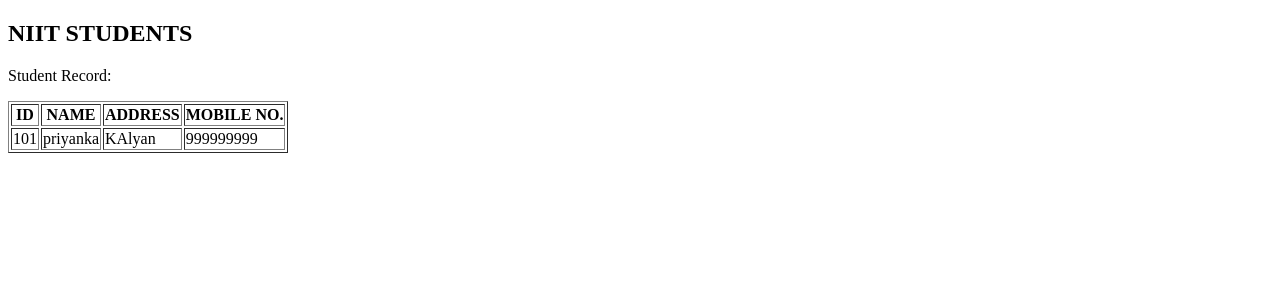
Repository: priyankateli27/priyanka
Page: http://localhost/SirAssignment/Entry_Table.jsp
An editor plug-in stored every save of this project. The page is shown before and after the next save, followed by the edit.
The browser window is 1280 px wide. The pictures show the whole page.
The page is served by Tomcat 9.

Above is the page before, as saved 2016-07-14 13:22:40.

### SirAssignment/src/main/webapp/Entry_Table.jsp
<%@page import="com.niit.sirassignment.*" %>
<%@ page language="java" contentType="text/html; charset=ISO-8859-1"
    pageEncoding="ISO-8859-1"%>

<!DOCTYPE html PUBLIC "-//W3C//DTD HTML 4.01 Transitional//EN" "http://www.w3.org/TR/html4/loose.dtd">
<html>
<head>
<meta http-equiv="Content-Type" content="text/html; charset=ISO-8859-1">
<title>Insert title here</title>
</head>
<body>
<%! Pojo p = new Pojo(); %>
	<%
	  p.setId("101");
	p.setName("priyanka");
	p.setAddress("KAlyan");
	p.setMob_No(999999999);
		%>

<div class="container">
  <h2>NIIT STUDENTS</h2>
  <p>Student Record:</p>
  <table class="table" border=1>
    <thead>
      <tr>
        <th>ID</th>
        <th>NAME</th>
        <th>ADDRESS</th>
        <th>MOBILE NO.</th>
      </tr>
    </thead>
    <tbody>
      <tr>
        <td><%=p.getId() %></td>
        <td><%=p.getName() %></td>
        <td><%=p.getAddress() %></td>
        <td><%=p.getMob_No()%></td>
      </tr>

    </tbody>
  </table>
</div>




</body>
</html>

### SirAssignment/src/main/java/com/niit/sirassignment/Pojo.java
package com.niit.sirassignment;

public class Pojo {
	private String Id;
	private String Name;
	private String Address;
	private int Mob_No;
	public String getId() {
		return Id;
	}
	public void setId(String id) {
		Id = id;
	}
	public String getName() {
		return Name;
	}
	public void setName(String name) {
		Name = name;
	}
	public String getAddress() {
		return Address;
	}
	public void setAddress(String address) {
		Address = address;
	}
	public int getMob_No() {
		return Mob_No;
	}
	public void setMob_No(int mob_No) {
		Mob_No = mob_No;
	}

}

After the next save:
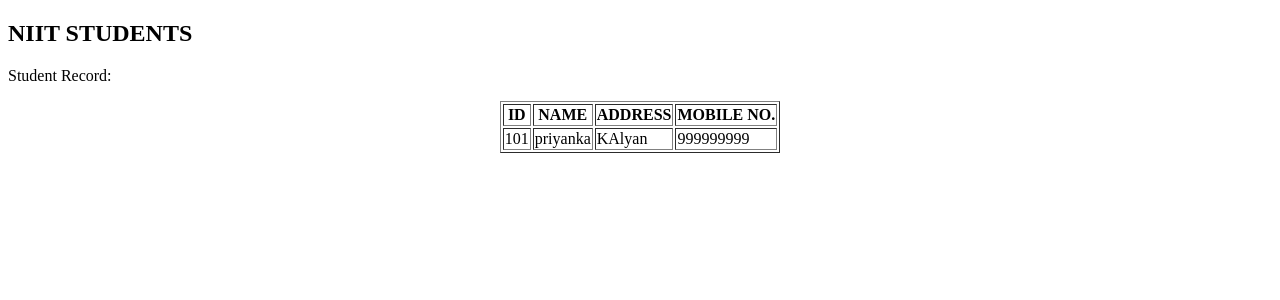
Saved 17 s later.
--- a/SirAssignment/src/main/webapp/Entry_Table.jsp
+++ b/SirAssignment/src/main/webapp/Entry_Table.jsp
@@ -20,7 +20,7 @@
 <div class="container">
   <h2>NIIT STUDENTS</h2>
   <p>Student Record:</p>
-  <table class="table" border=1>
+  <table class="table" border=1 align="center">
     <thead>
       <tr>
         <th>ID</th>
